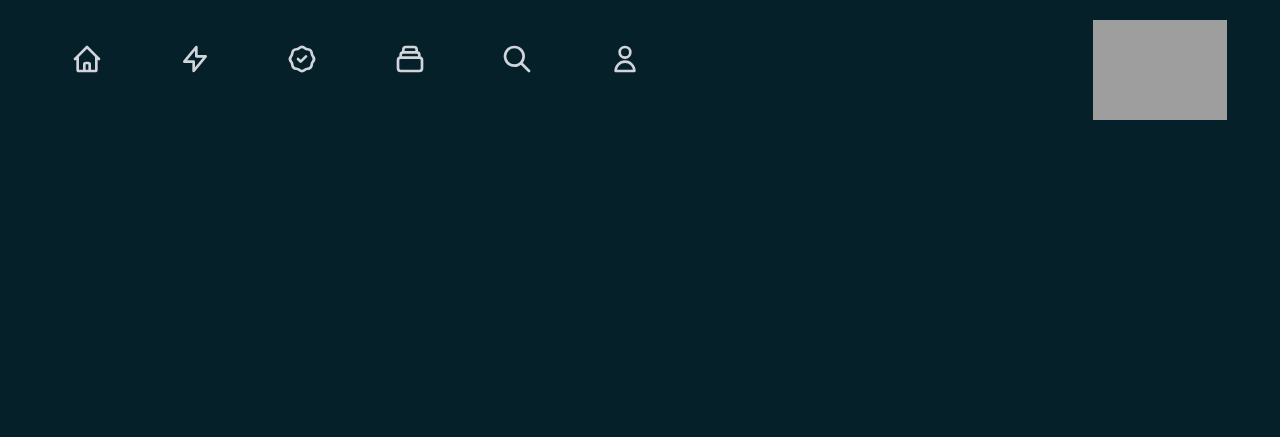
Repository: hsglc/hulu-clone
Page: /
These files come from the project's save history. The page is drawn as it stood at one moment and after the next save; the edit follows.
The browser window is 1280 px wide. The pictures show the whole page.
Pictures or frames that could not be fetched are drawn as grey boxes. The project was rebuilt for these pictures with package versions that can differ from the ones it lists, and the page was loaded fresh each time. The framework's server and built-in components were replaced by stand-ins that run in the browser. Also part of the build but not shown: next.config.js.

Above is the page before, as saved 2021-05-31 10:28:17.

After the next save:
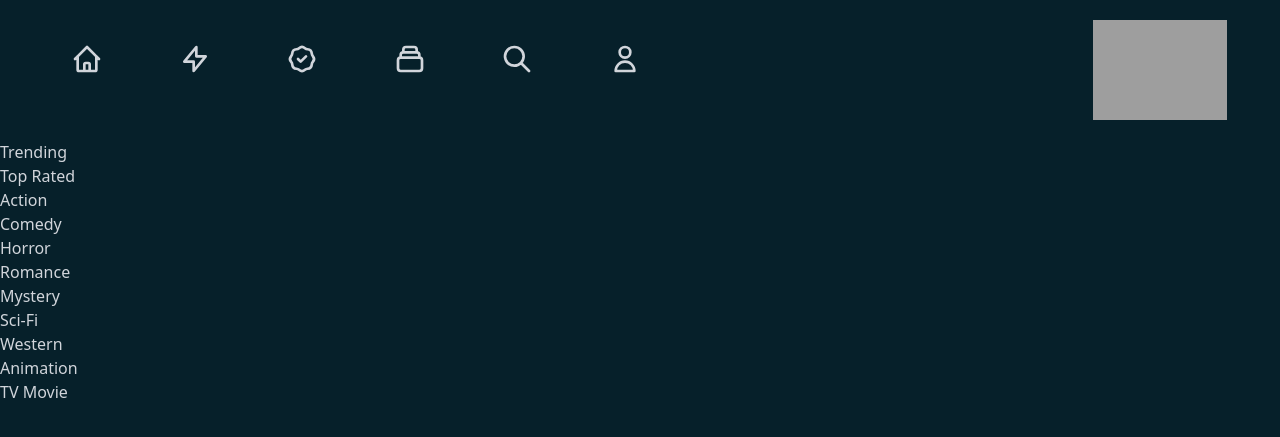
Saved 38 s later.
--- a/pages/index.js
+++ b/pages/index.js
@@ -1,5 +1,6 @@
 import Head from "next/head";
 import Header from "../components/Header";
+import Nav from "../components/Nav";
 export default function Home() {
   return (
     <div>
@@ -10,6 +11,7 @@ export default function Home() {
       </Head>
 
       <Header />
+      <Nav />
     </div>
   );
 }
